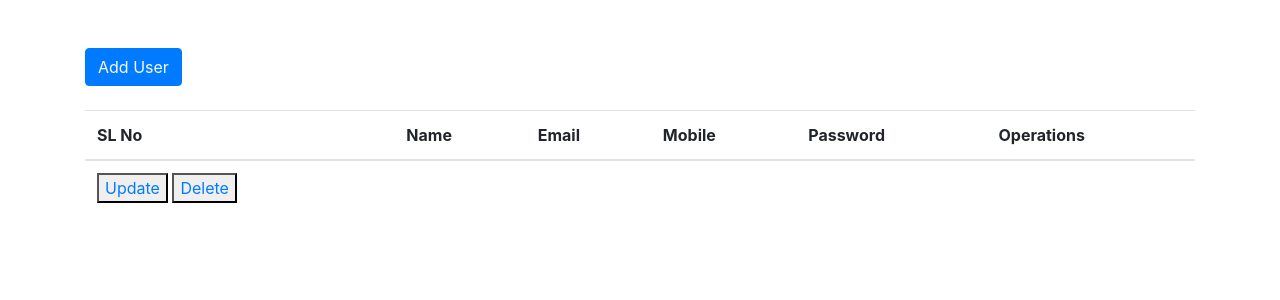
Repository: AMIT1439027/crud-app
Page: http://localhost/display.php
These files come from the project's save history. The page is drawn as it stood at one moment and after the next save; the edit follows.
The browser window is 1280 px wide. The pictures show the whole page.
The page is run by PHP 8.4 with error messages shown; the project is at /var/www/html/. Queries for data that is not in the repository find no rows.

Above is the page before, as saved 2024-04-25 10:44:41.

### display.php
<?php
 include('connect.php');
?>
<!DOCTYPE html>
<html lang="en">
<head>
    <meta charset="UTF-8">
    <meta name="viewport" content="width=device-width, initial-scale=1.0">
    <title>crud operation</title>
    <link rel="stylesheet" href="https://cdn.jsdelivr.net/npm/bootstrap@4.0.0/dist/css/bootstrap.min.css">


</head>
<body>

<div class="container my-5">
    <button class="btn btn-primary"><a href="user.php"
    class="text-light">Add User </a></button>

    <br>
    <br>

    <table class="table">
  <thead>
    <tr>
      <th scope="col">SL No</th>
      <th scope="col">Name</th>
      <th scope="col">Email</th>
      <th scope="col">Mobile</th>
      <th scope="col">Password</th>
      <th scope="col">Operations</th>

    </tr>
  </thead>
  <tbody>

  <?php

  $sql = "select *  from crud";
  $result = mysqli_query($con,$sql);

  if($result){
    // $row =mysqli_fetch_assoc($result);
    // echo $row['name'];

    while( $row =mysqli_fetch_assoc($result)){

         $id = $row["id"];
         $name = $row["name"];
         $email =$row["email"] ;
         $mobile = $row["mobile"];
         $password = $row["password"];

         echo '
         <tr>
         <th scope="row">'.$id.'</th>
         <td>'.$name.'</td>
         <td>'.$email.'</td>
         <td>'.$mobile.'</td>
         <td>'.$password.'</td>
       </tr>

         ';
    }
  }

?>

<td>

<button><a href="">Update</a></button>
<button><a href="">Delete</a></button>
</td>
    <!-- <tr>
      <th scope="row">1</th>
      <td>Mark</td>
      <td>Otto</td>
      <td>@mdo</td>
    </tr>
    <tr>
      <th scope="row">2</th>
      <td>Jacob</td>
      <td>Thornton</td>
      <td>@fat</td>
    </tr>
    <tr>
      <th scope="row">3</th>
      <td>Larry</td>
      <td>the Bird</td>
      <td>@twitter</td>
    </tr> -->
  </tbody>
</table>

</div>


</body>
</html>

### connect.php
<?php
  $con = new mysqli('localhost', 'root', 'mysql143', 'crudoperation');

  if(!$con){
    // echo " Connection successful";
    die(mysqli_error($con));
  }
//   }else{
//     die(mysqli_error($con));
//   }

?>

After the next save:
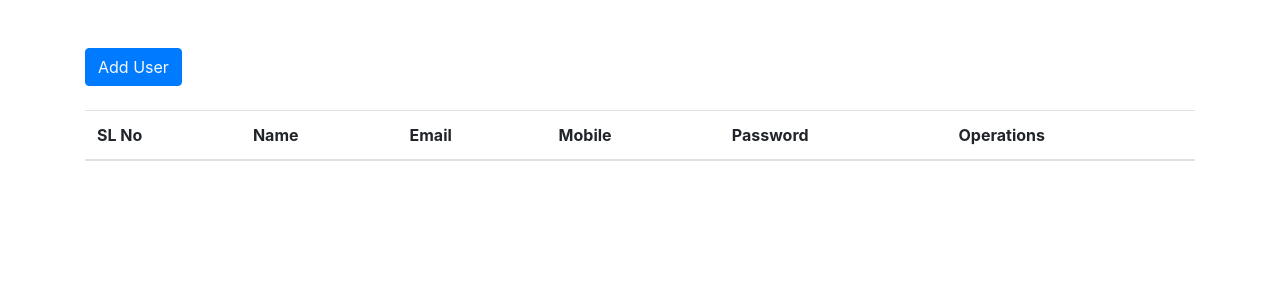
Saved 12 s later.
--- a/display.php
+++ b/display.php
@@ -66,11 +66,7 @@
 
 ?>
 
-<td>
 
-<button><a href="">Update</a></button>
-<button><a href="">Delete</a></button>
-</td>
     <!-- <tr>
       <th scope="row">1</th>
       <td>Mark</td>
